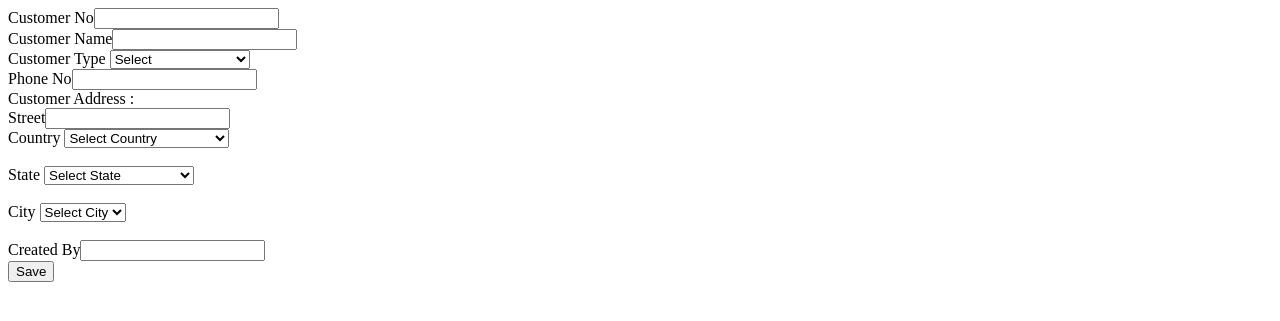
Repository: Mahesh2114/Project
Page: http://localhost/bms/save.jsp
An editor plug-in stored every save of this project. The page is shown before and after the next save, followed by the edit.
The browser window is 1280 px wide. The pictures show the whole page.
The page is served by Tomcat 9. Other server files are loaded and not shown.

Above is the page before, as saved 2021-12-07 04:08:20.

### Project1/bms/src/main/webapp/save.jsp
<%@ page language="java" contentType="text/html; charset=ISO-8859-1"
	pageEncoding="ISO-8859-1"%>
<!DOCTYPE html>
<html>
<head>
<meta charset="ISO-8859-1">
<title>Insert title here</title>
<script type="text/javascript" src="address.js"></script>
</head>
<body>
	<form action="/save" method="post">

		<div>
			<label>Customer No</label><input type="text" name="cid">
		</div>
		<div>
			<label>Customer Name</label><input type="text" name="name">
		</div>
		<div>
			<label for="type">Customer Type</label> <select name="type" id="type">
				<option value="select">Select</option>
				<option value="cheap">Cheap Customer</option>
				<option value="educated">Educated Customer</option>
				<option value="driven">Driven Customer</option>
			</select>
		</div>
		<div>
			<label>Phone No</label><input type="text" name="phone">
		</div>
		<div>
			<label>Customer Address :</label><br> <label>Street</label><input
				type="text" name="street"> <br>
		</div>
		<div>
			<label>Country</label>
			<select name="Country" id="Country"	onchange="setStates();">
				<option selected="" value="-1" disabled="">Select Country</option>
				<option value="">Please Select a Country</option>
				<option value="India">India</option>
				<option value="USA">USA</option>
			</select>
		</div><br>
		<div>
			<label>State</label>
			<select name="State" id="State" onchange="setCity();">
				<option selected="" value="-1" disabled="">Select State</option>
				<option value="">Please Select a State</option>
			</select>
		</div><br>
		<div>
			<label>City</label>
			<select name="City" id="City">
				<option selected="" value="-1" disabled="">Select City</option>
			</select>
		</div><br>
		<div>
			<label>Created By</label><input type="text" name="created_by">
		</div>
		<div>
			<button type="submit">Save</button>
		</div>
	</form>
</body>
</html>

### Project1/bms/src/main/webapp/address.js
var State = new Array;

State['India'] = new Array('Select', 'Punjab', 'Haryana', 'UP');
State['USA'] = new Array('Select', 'Washington DC', 'NewYork', 'London');

var City = new Array;

City['India'] = new Array();
City['India']['Punjab'] = new Array('Select', 'Amritsar', 'Moga', 'Jalandhar');
City['India']['Haryana'] = new Array('Select', 'Sonipat', 'Panipat', 'Karnal');
City['India']['UP'] = new Array('Select', 'Lucknow', 'Kanpur', 'Ghaziabad');

City['USA'] = new Array();
City['USA']['Washington DC'] = new Array('Select', 'Covington', 'Arlington', 'Olympia');
City['USA']['NewYork'] = new Array('Select', 'Albany', 'Ithaca', 'Niagra Falls');
City['USA']['London'] = new Array('Select', 'Bedford', 'Adilade', 'Sidmouth');

function setStates() {

	contrySet = document.getElementById('Country');
	StateList = State[contrySet.value];
	changeSelect('State', StateList, StateList);
	setCity();
}

function setCity() {

	contrySet = document.getElementById('Country');
	stateSet = document.getElementById('State');
	CityList = City[contrySet.value][stateSet.value];
	changeSelect('City', CityList, CityList);
}

function changeSelect(fieldId, newOptions, newValues) {

	selectField = document.getElementById(fieldId);
	selectField.options.length = 0;
	for (i = 0; i < newOptions.length; i++) {
		selectField.options[selectField.length] = new Option(newOptions[i], newValues[i]);
	}
}

After the next save:
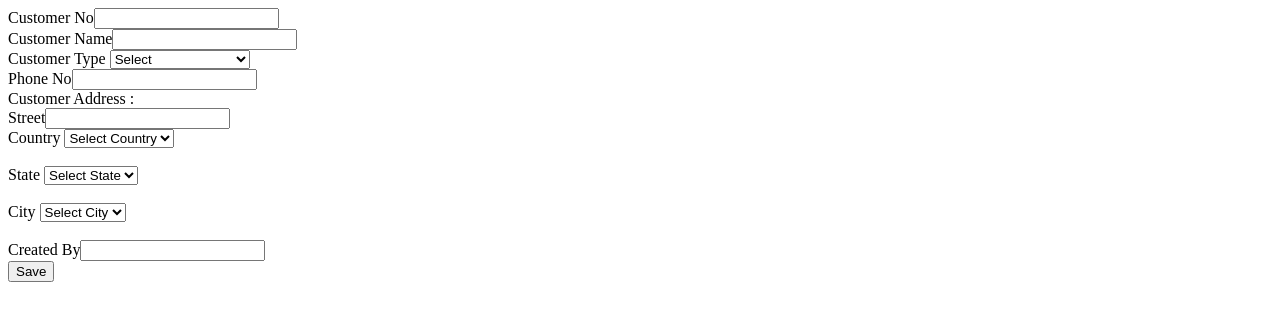
Saved 20 s later.
--- a/Project1/bms/src/main/webapp/save.jsp
+++ b/Project1/bms/src/main/webapp/save.jsp
@@ -35,7 +35,6 @@
 			<label>Country</label>
 			<select name="Country" id="Country"	onchange="setStates();">
 				<option selected="" value="-1" disabled="">Select Country</option>
-				<option value="">Please Select a Country</option>
 				<option value="India">India</option>
 				<option value="USA">USA</option>
 			</select>
@@ -44,7 +43,6 @@
 			<label>State</label>
 			<select name="State" id="State" onchange="setCity();">
 				<option selected="" value="-1" disabled="">Select State</option>
-				<option value="">Please Select a State</option>
 			</select>
 		</div><br>
 		<div>
